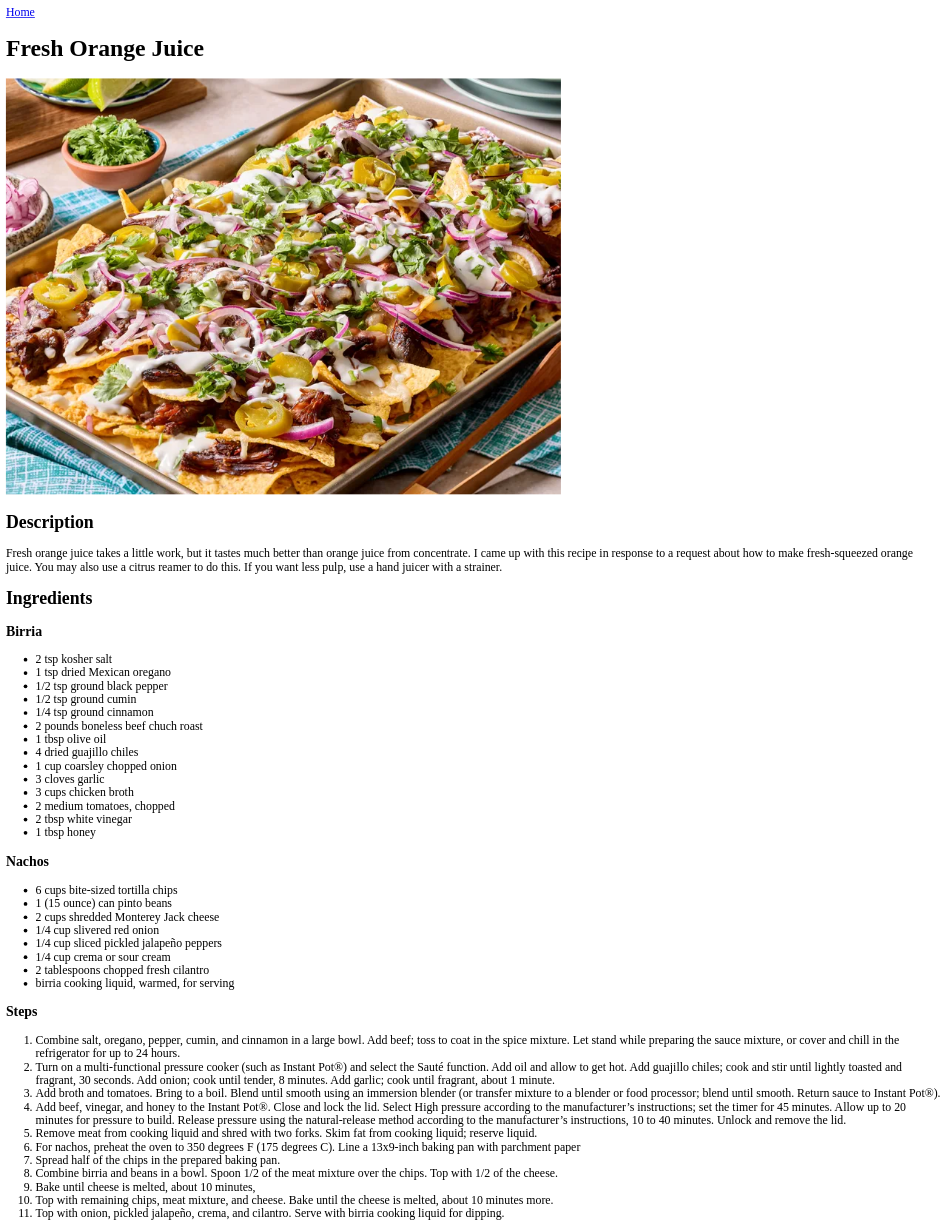
Repository: itsDevAK/odin-recipes
Page: recipes/orange-juice.html
An editor plug-in stored every save of this project. The page is shown before and after the next save, followed by the edit.
The browser window is 1280 px wide. The pictures show the whole page, at 74% of full size.

Above is the page before, as saved 2026-09-17 13:14:40.

After the next save:
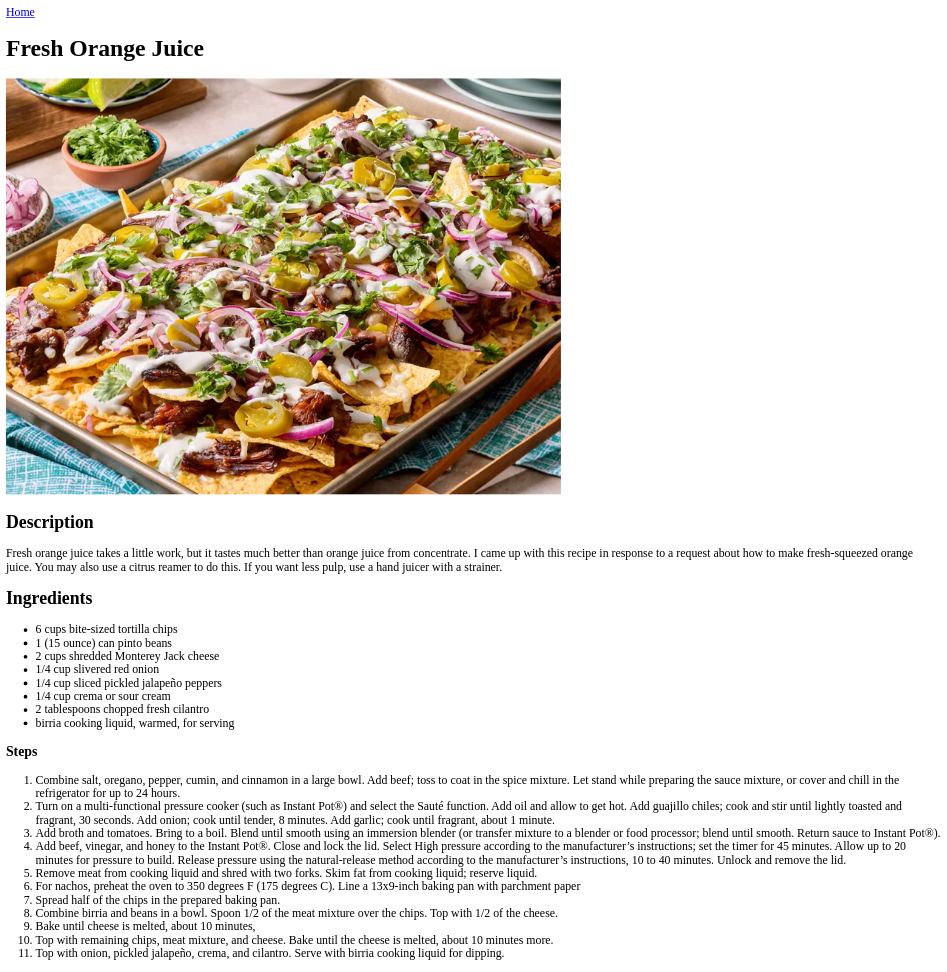
Saved 13 s later.
--- a/recipes/orange-juice.html
+++ b/recipes/orange-juice.html
@@ -12,24 +12,6 @@
     <h2>Description</h2>
     <p>Fresh orange juice takes a little work, but it tastes much better than orange juice from concentrate. I came up with this recipe in response to a request about how to make fresh-squeezed orange juice. You may also use a citrus reamer to do this. If you want less pulp, use a hand juicer with a strainer.</p>
     <h2>Ingredients</h2>
-    <h3>Birria</h3>
-    <ul>
-        <li>2 tsp kosher salt</li>
-        <li>1 tsp dried Mexican oregano</li>
-        <li>1/2 tsp ground black pepper</li>
-        <li>1/2 tsp ground cumin</li>
-        <li>1/4 tsp ground cinnamon</li>
-        <li>2 pounds boneless beef chuch roast</li>
-        <li>1 tbsp olive oil</li>
-        <li>4 dried guajillo chiles</li>
-        <li>1 cup coarsley chopped onion</li>
-        <li>3 cloves garlic</li>
-        <li>3 cups chicken broth</li>
-        <li>2 medium tomatoes, chopped</li>
-        <li>2 tbsp white vinegar</li>
-        <li>1 tbsp honey</li>
-    </ul>
-    <h3>Nachos</h3>
     <ul>
         <li>6 cups bite-sized tortilla chips</li>
         <li>1 (15 ounce) can pinto beans</li>
